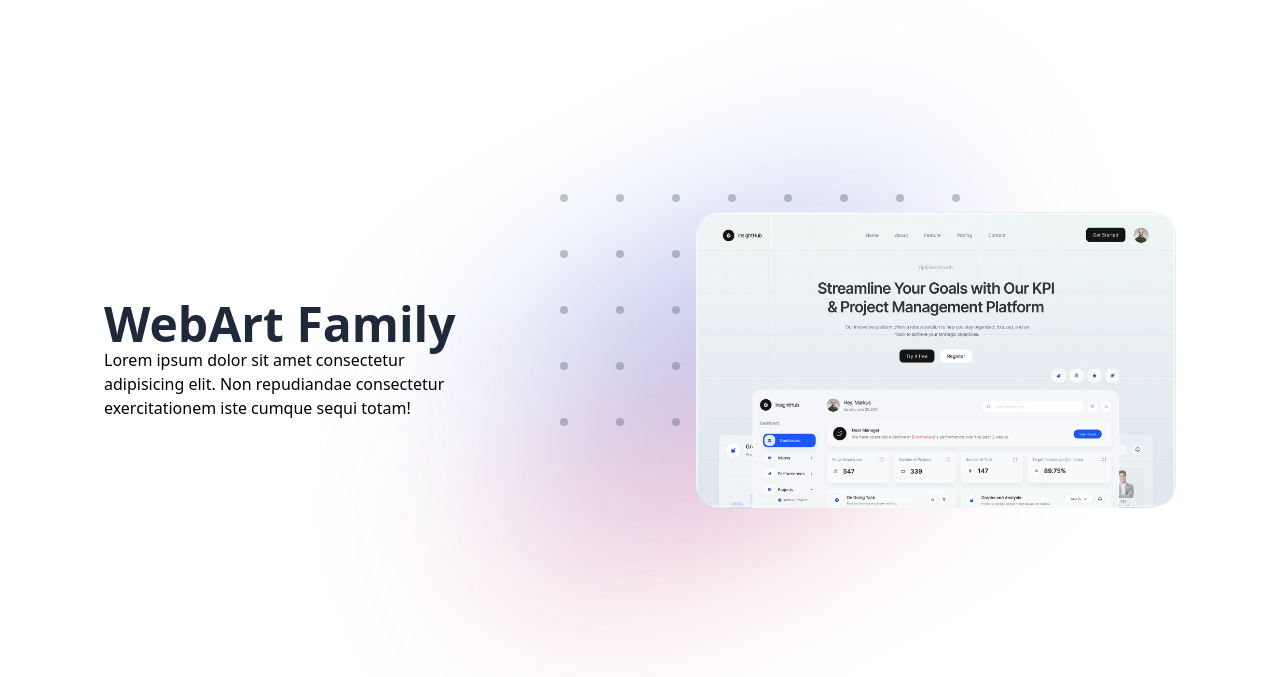
Repository: 30namp/youtube-web-art-code
Page: stunning landing page 1/index.html
An editor plug-in stored every save of this project. The page is shown before and after the next save, followed by the edit.
The browser window is 1280 px wide. The pictures show the whole page.

Above is the page before, as saved 2024-09-26 18:30:31.

### stunning landing page 1/index.html
<!DOCTYPE html>
<html lang="en">
  <head>
    <meta charset="UTF-8" />
    <meta name="viewport" content="width=device-width, initial-scale=1.0" />
    <title>WebArt Design</title>
    <script src="./tailwindcss.min.js"></script>
  </head>
  <body class="min-h-screen">
    <div
      class="absolute right-[25%] top-[60%] h-12 w-[30rem] rounded-[100%] rotate-[-25deg] bg-pink-700 blur-[6rem]"
    ></div>
    <div
      class="absolute right-[25%] top-[40%] h-12 w-[30rem] rounded-[100%] rotate-[-25deg] bg-blue-700 blur-[6rem]"
    ></div>
    <div class="grid grid-cols-8 gap-12 absolute right-[25%] top-[27%]">
      <div class="rounded-full bg-slate-700/30 size-2 shadow-lg"></div>
      <div class="rounded-full bg-slate-700/30 size-2 shadow-lg"></div>
      <div class="rounded-full bg-slate-700/30 size-2 shadow-lg"></div>
      <div class="rounded-full bg-slate-700/30 size-2 shadow-lg"></div>
      <div class="rounded-full bg-slate-700/30 size-2 shadow-lg"></div>
      <div class="rounded-full bg-slate-700/30 size-2 shadow-lg"></div>
      <div class="rounded-full bg-slate-700/30 size-2 shadow-lg"></div>
      <div class="rounded-full bg-slate-700/30 size-2 shadow-lg"></div>
      <div class="rounded-full bg-slate-700/30 size-2 shadow-lg"></div>
      <div class="rounded-full bg-slate-700/30 size-2 shadow-lg"></div>
      <div class="rounded-full bg-slate-700/30 size-2 shadow-lg"></div>
      <div class="rounded-full bg-slate-700/30 size-2 shadow-lg"></div>
      <div class="rounded-full bg-slate-700/30 size-2 shadow-lg"></div>
      <div class="rounded-full bg-slate-700/30 size-2 shadow-lg"></div>
      <div class="rounded-full bg-slate-700/30 size-2 shadow-lg"></div>
      <div class="rounded-full bg-slate-700/30 size-2 shadow-lg"></div>
      <div class="rounded-full bg-slate-700/30 size-2 shadow-lg"></div>
      <div class="rounded-full bg-slate-700/30 size-2 shadow-lg"></div>
      <div class="rounded-full bg-slate-700/30 size-2 shadow-lg"></div>
      <div class="rounded-full bg-slate-700/30 size-2 shadow-lg"></div>
      <div class="rounded-full bg-slate-700/30 size-2 shadow-lg"></div>
      <div class="rounded-full bg-slate-700/30 size-2 shadow-lg"></div>
      <div class="rounded-full bg-slate-700/30 size-2 shadow-lg"></div>
      <div class="rounded-full bg-slate-700/30 size-2 shadow-lg"></div>
      <div class="rounded-full bg-slate-700/30 size-2 shadow-lg"></div>
      <div class="rounded-full bg-slate-700/30 size-2 shadow-lg"></div>
      <div class="rounded-full bg-slate-700/30 size-2 shadow-lg"></div>
      <div class="rounded-full bg-slate-700/30 size-2 shadow-lg"></div>
      <div class="rounded-full bg-slate-700/30 size-2 shadow-lg"></div>
      <div class="rounded-full bg-slate-700/30 size-2 shadow-lg"></div>
      <div class="rounded-full bg-slate-700/30 size-2 shadow-lg"></div>
      <div class="rounded-full bg-slate-700/30 size-2 shadow-lg"></div>
      <div class="rounded-full bg-slate-700/30 size-2 shadow-lg"></div>
      <div class="rounded-full bg-slate-700/30 size-2 shadow-lg"></div>
      <div class="rounded-full bg-slate-700/30 size-2 shadow-lg"></div>
      <div class="rounded-full bg-slate-700/30 size-2 shadow-lg"></div>
      <div class="rounded-full bg-slate-700/30 size-2 shadow-lg"></div>
      <div class="rounded-full bg-slate-700/30 size-2 shadow-lg"></div>
      <div class="rounded-full bg-slate-700/30 size-2 shadow-lg"></div>
      <div class="rounded-full bg-slate-700/30 size-2 shadow-lg"></div>
    </div>

    <div
      class="hero-section relative h-screen flex justify-around items-center"
    >
      <div class="content">
        <h1 class="text-5xl font-bold text-slate-800">WebArt Family</h1>
        <div class="description w-96">
          Lorem ipsum dolor sit amet consectetur adipisicing elit. Non
          repudiandae consectetur exercitationem iste cumque sequi totam!
        </div>
      </div>
      <img class="w-[30rem] rounded-3xl" src="./img.png" alt="" />
    </div>
  </body>
</html>

Loaded but not shown: stunning landing page 1/tailwindcss.min.js (library)

After the next save:
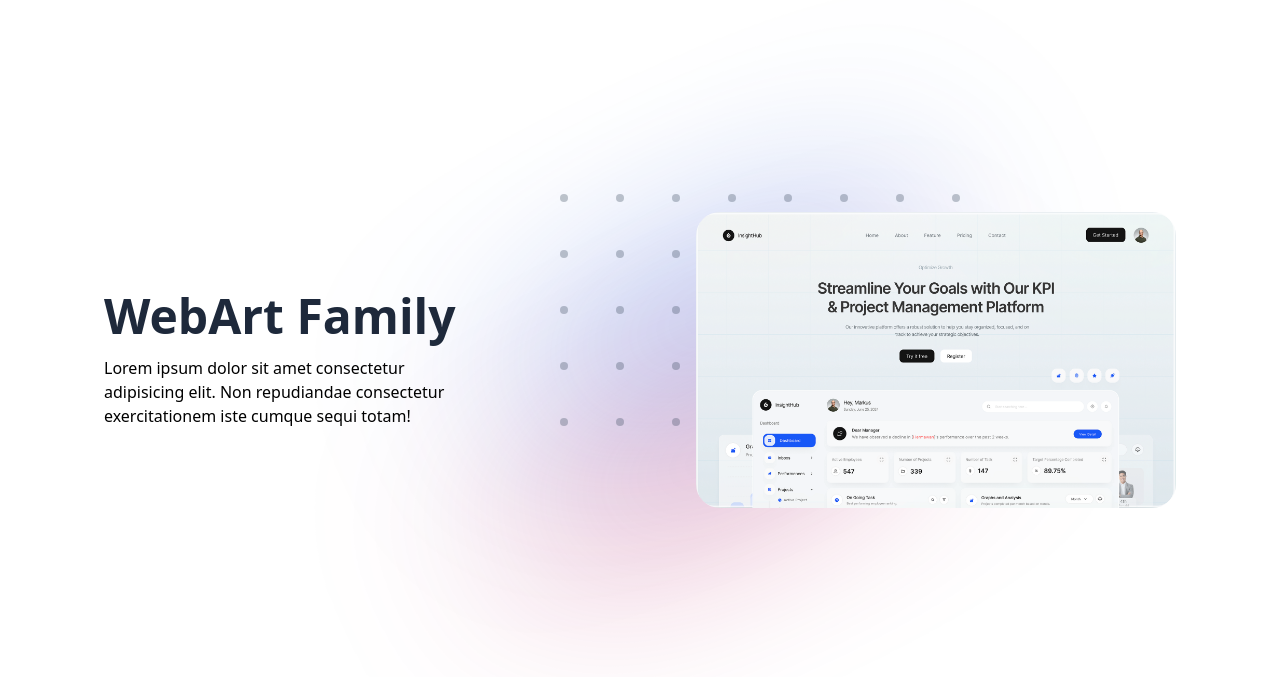
Saved 11 s later.
--- a/stunning landing page 1/index.html
+++ b/stunning landing page 1/index.html
@@ -59,7 +59,7 @@
     <div
       class="hero-section relative h-screen flex justify-around items-center"
     >
-      <div class="content">
+      <div class="content flex flex-col gap-4">
         <h1 class="text-5xl font-bold text-slate-800">WebArt Family</h1>
         <div class="description w-96">
           Lorem ipsum dolor sit amet consectetur adipisicing elit. Non
